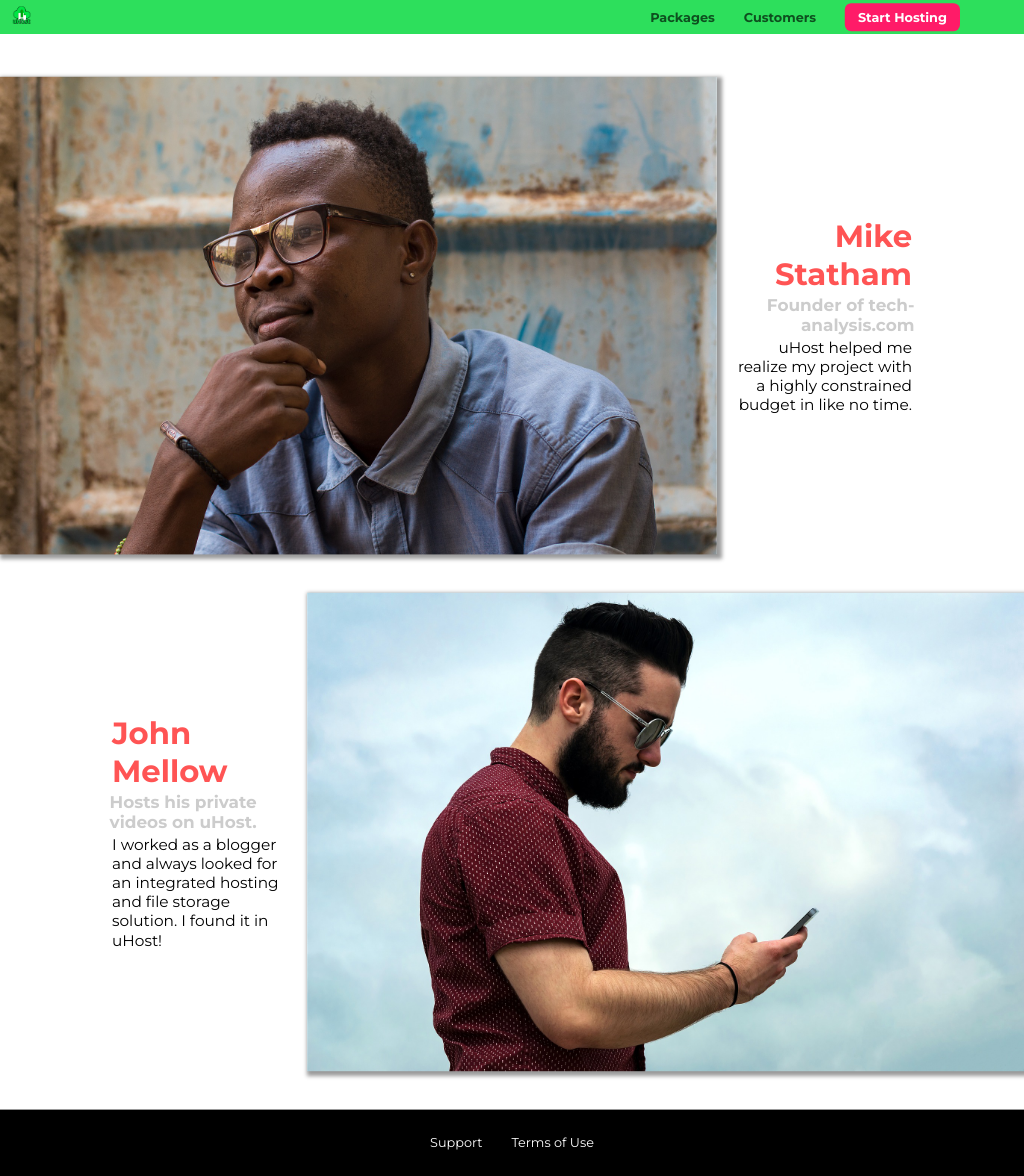
Repository: Nowacki97PL/UdemyCSS
Page: customers/index.html
These files come from the project's save history. The page is drawn as it stood at one moment and after the next save; the edit follows.
The browser window is 1280 px wide. The pictures show the whole page, at 80% of full size.

Above is the page before, as saved 2023-11-18 14:43:22.

After the next save:
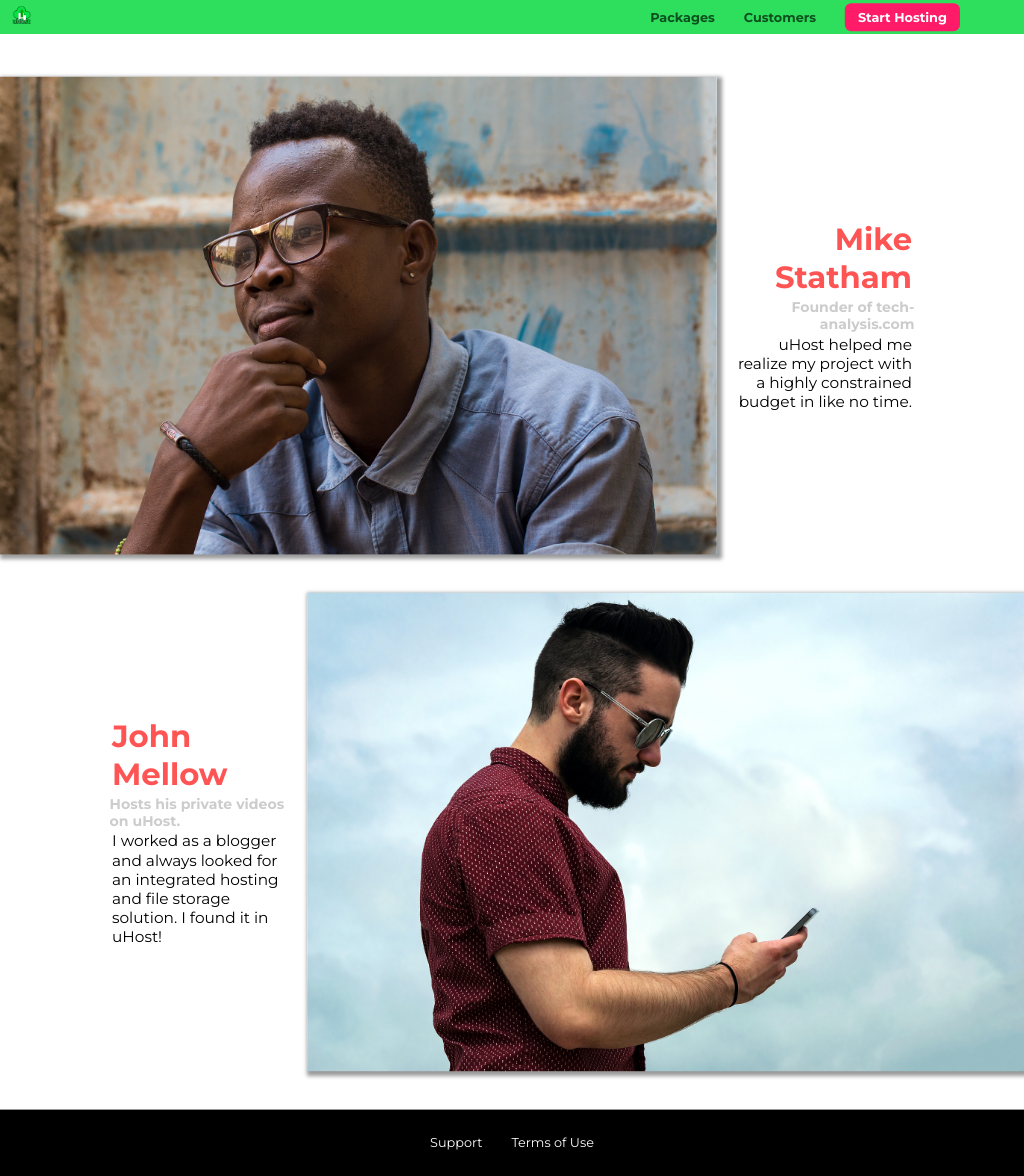
Saved 2 min 1 s later.
--- a/customers/customers.css
+++ b/customers/customers.css
@@ -48,7 +48,7 @@
 
   .testimonial__subtitle {
     margin: 0;
-    font-size: 1.1em;
+    font-size: 1.1rem;
     color: #ccc;
   }
 
